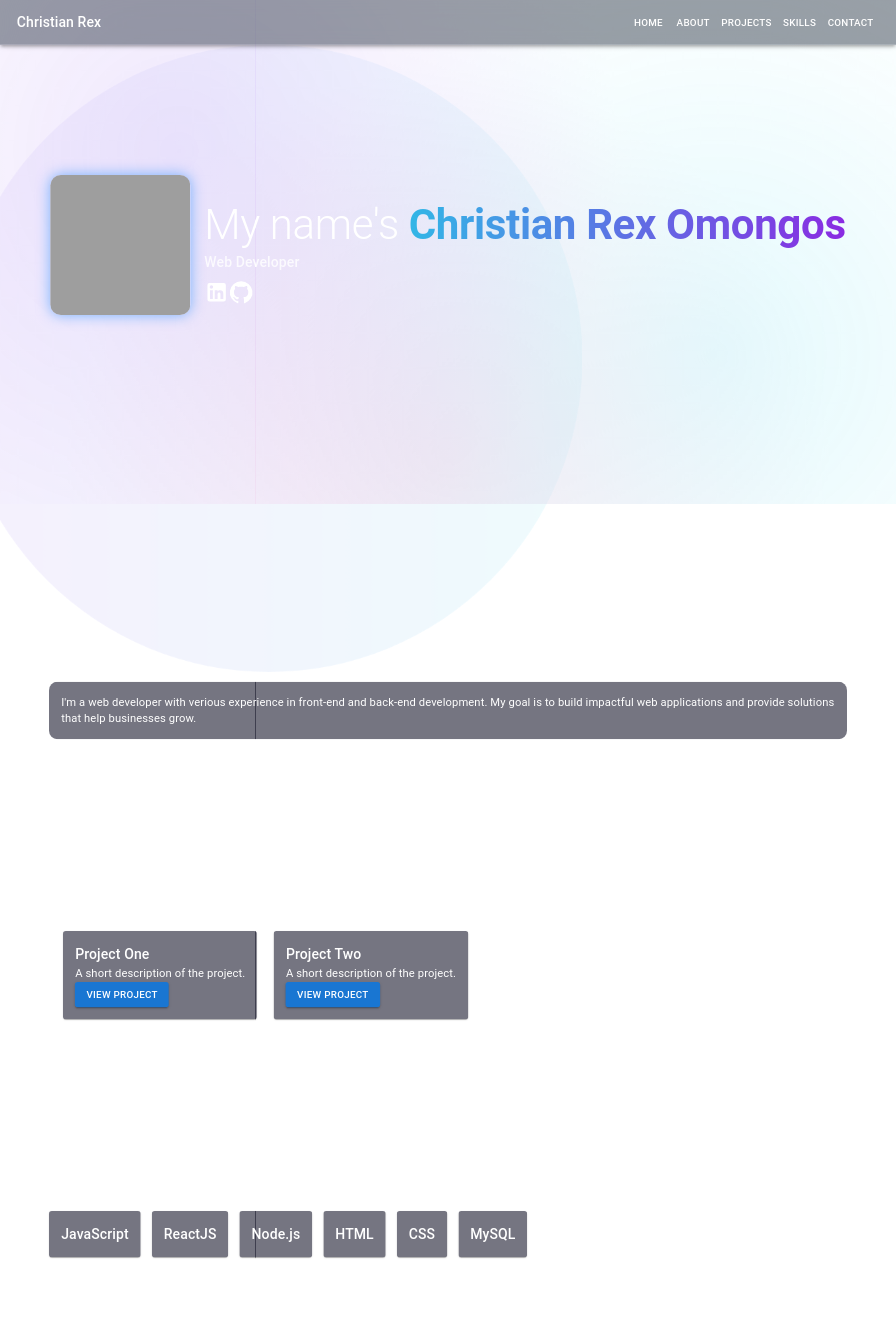
Repository: mikeshadowcoder/myWeb
Page: /
An editor plug-in stored every save of this project. The page is shown before and after the next save, followed by the edit.
The browser window is 1280 px wide. The pictures show the part of the page from y = 0 to 1920 px (the page is 2643 px tall), at 70% of full size.
Pictures or frames that could not be fetched are drawn as grey boxes. The project was rebuilt for these pictures with package versions that can differ from the ones it lists, and the page was loaded fresh each time.

Above is the page before, as saved 2026-01-21 16:38:14.

After the next save:
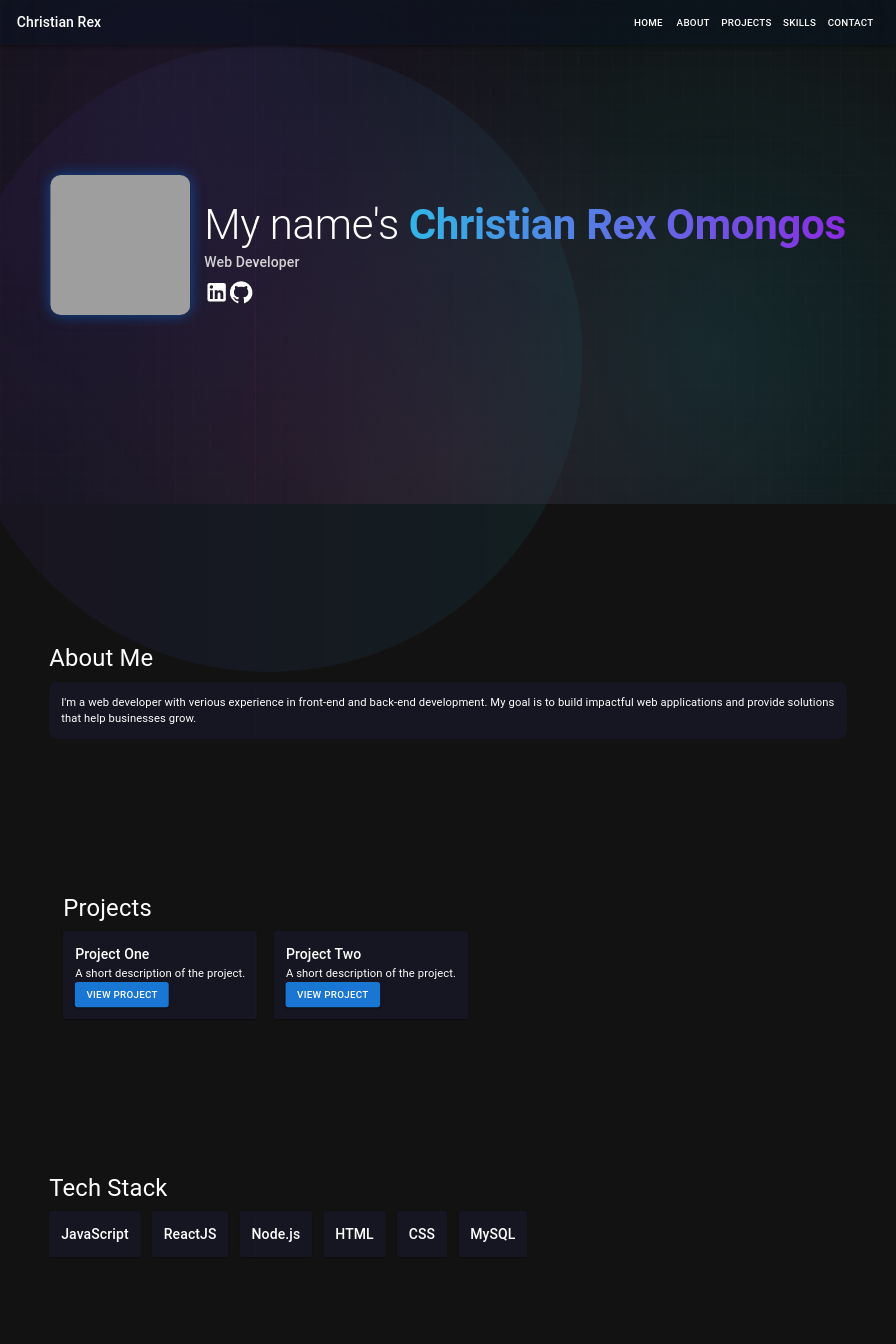
Saved 19 s later.
--- a/src/styles/global.css
+++ b/src/styles/global.css
@@ -1,4 +1,5 @@
 body {
+    background-color: #121212;
     color: white;
     margin: 0;
     padding: 0;
